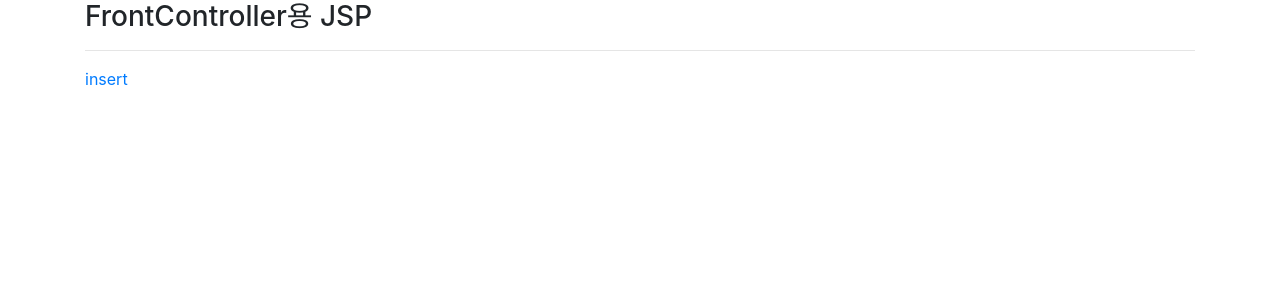
Repository: rasz60/ezen
Page: http://localhost/jsp_servlet_22_ex01/frontCon.jsp
The author's editor kept a copy of each file at every save. The page is drawn from the files as they stood at one save, then again after the next save.
The browser window is 1280 px wide. The pictures show the whole page.
Some web libraries are served in a nearby version. The page is served by Tomcat 9. Other server files are loaded and not shown.

Above is the page before, as saved 2022-02-14 03:03:48.

### 04_jsp_servlet-workspace/jsp_servlet_22_ex01/src/main/webapp/frontCon.jsp
<%@ page language="java" contentType="text/html; charset=UTF-8"
    pageEncoding="UTF-8"%>
<%@ taglib prefix="c" uri="http://java.sun.com/jsp/jstl/core" %>
<%@ taglib prefix="fmt" uri="http://java.sun.com/jsp/jstl/fmt" %>
<%@ taglib prefix="sql" uri="http://java.sun.com/jsp/jstl/sql" %>
<%@ taglib prefix="x" uri="http://java.sun.com/jsp/jstl/xml" %>
<%@ taglib prefix="fn" uri="http://java.sun.com/jsp/jstl/functions" %>

<!DOCTYPE html>
<html lang="ko">
<head>
<meta charset="UTF-8">
<meta name="viewport" content="width=device-width, initial-scale=1">
<link rel="stylesheet" href="https://cdn.jsdelivr.net/npm/bootstrap@4.6.1/dist/css/bootstrap.min.css">
<link rel="stylesheet" href="https://pro.fontawesome.com/releases/v5.10.0/css/all.css"
	  integrity="sha384-AYmEC3Yw5cVb3ZcuHtOA93w35dYTsvhLPVnYs9eStHfGJvOvKxVfELGroGkvsg+p"
	  crossorigin="anonymous"/>
<script src="https://ajax.googleapis.com/ajax/libs/jquery/3.5.1/jquery.min.js"></script>
<script src="https://cdn.jsdelivr.net/npm/popper.js@1.16.1/dist/umd/popper.min.js"></script>
<script src="https://cdn.jsdelivr.net/npm/bootstrap@4.6.1/dist/js/bootstrap.bundle.min.js"></script>
<title>FrontCon JSP</title>
</head>

<body>
<div class="container">
	<h3>FrontController용 JSP</h3>
	<hr />

	<a href="insert.do">insert</a>
</div>
</body>
</html>

After the next save:
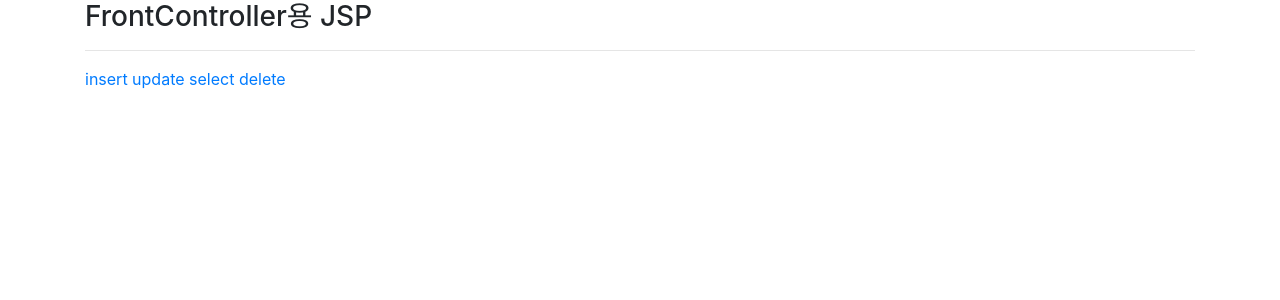
Saved 37 s later.
--- a/04_jsp_servlet-workspace/jsp_servlet_22_ex01/src/main/webapp/frontCon.jsp
+++ b/04_jsp_servlet-workspace/jsp_servlet_22_ex01/src/main/webapp/frontCon.jsp
@@ -27,6 +27,9 @@
 	<hr />
 
 	<a href="insert.do">insert</a>
+	<a href="update.do">update</a>
+	<a href="select.do">select</a>
+	<a href="delete.do">delete</a>
 </div>
 </body>
 </html>
